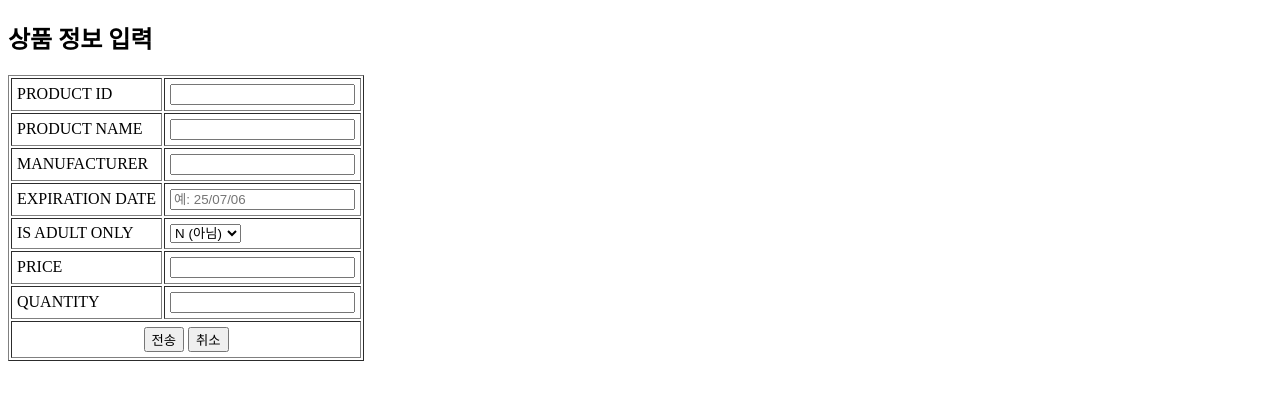
Repository: parkgyutaee/My_JAVA_Project
Page: http://localhost/JSPStudy/ch06/db2_insert_into_product_form.jsp
The author's editor kept a copy of each file at every save. The page is drawn from the files as they stood at one save, then again after the next save.
The browser window is 1280 px wide. The pictures show the whole page.
The page is served by Tomcat 10.

Above is the page before, as saved 2025-07-11 04:44:03.

After the next save:
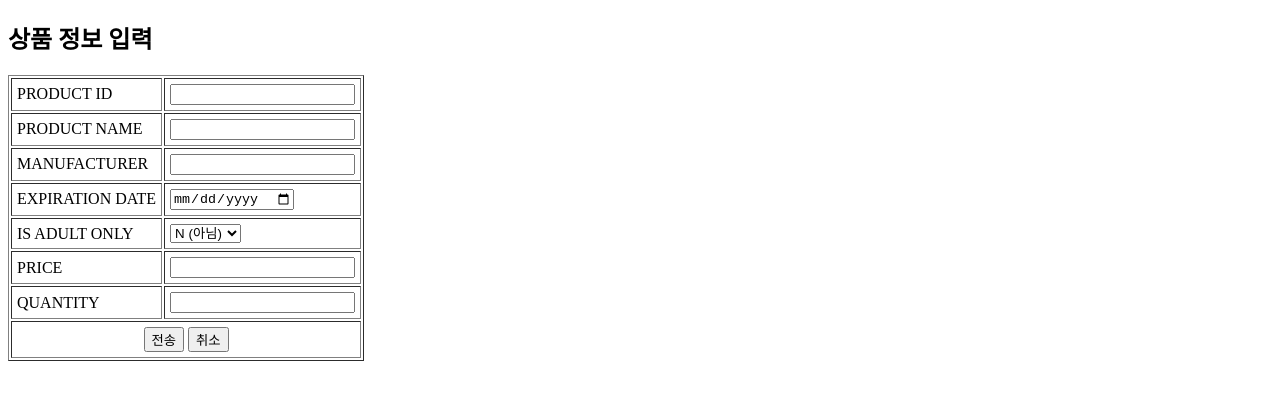
Saved 83 s later.
--- a/Workspace/JSPStudy/src/main/webapp/ch06/db2_insert_into_product_form.jsp
+++ b/Workspace/JSPStudy/src/main/webapp/ch06/db2_insert_into_product_form.jsp
@@ -24,7 +24,10 @@
 			</tr>
 			<tr>
 				<td>EXPIRATION DATE</td>
-				<td><input type="text" size="20" name="expiration_date" placeholder="예: 25/07/06"></td>
+				<td>
+					<input type="date" name="expiration_date" required>
+					<!-- YYYY-MM-DD 형식으로 전송됨 -->
+				</td>
 			</tr>
 			<tr>
 				<td>IS ADULT ONLY</td>
